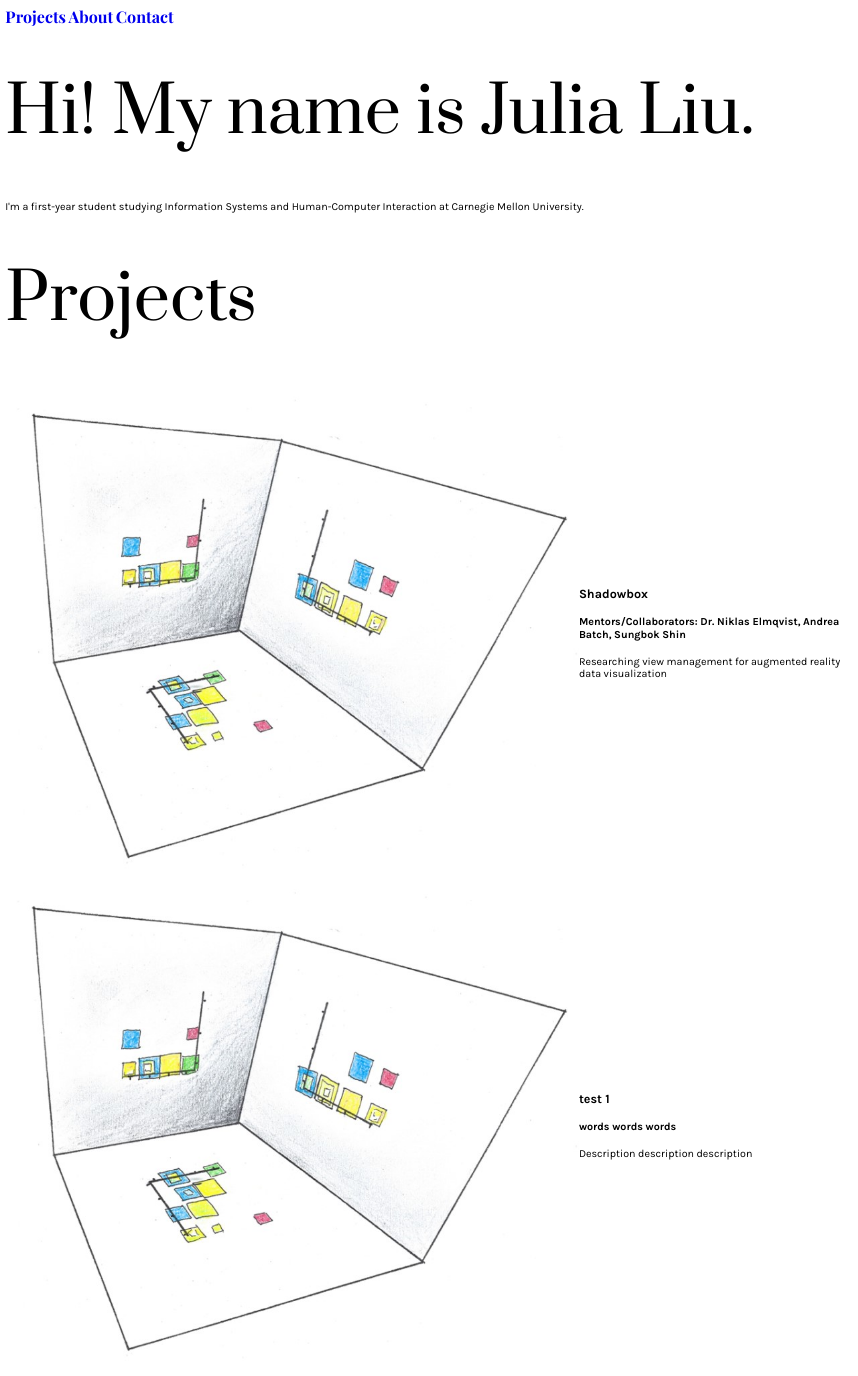
Repository: liu-julia/liu-julia.github.io
Page: index.html
These files come from the project's save history. The page is drawn as it stood at one moment and after the next save; the edit follows.
The browser window is 1280 px wide. The pictures show the whole page, at 67% of full size.

Above is the page before, as saved 2022-04-15 21:50:37.

After the next save:
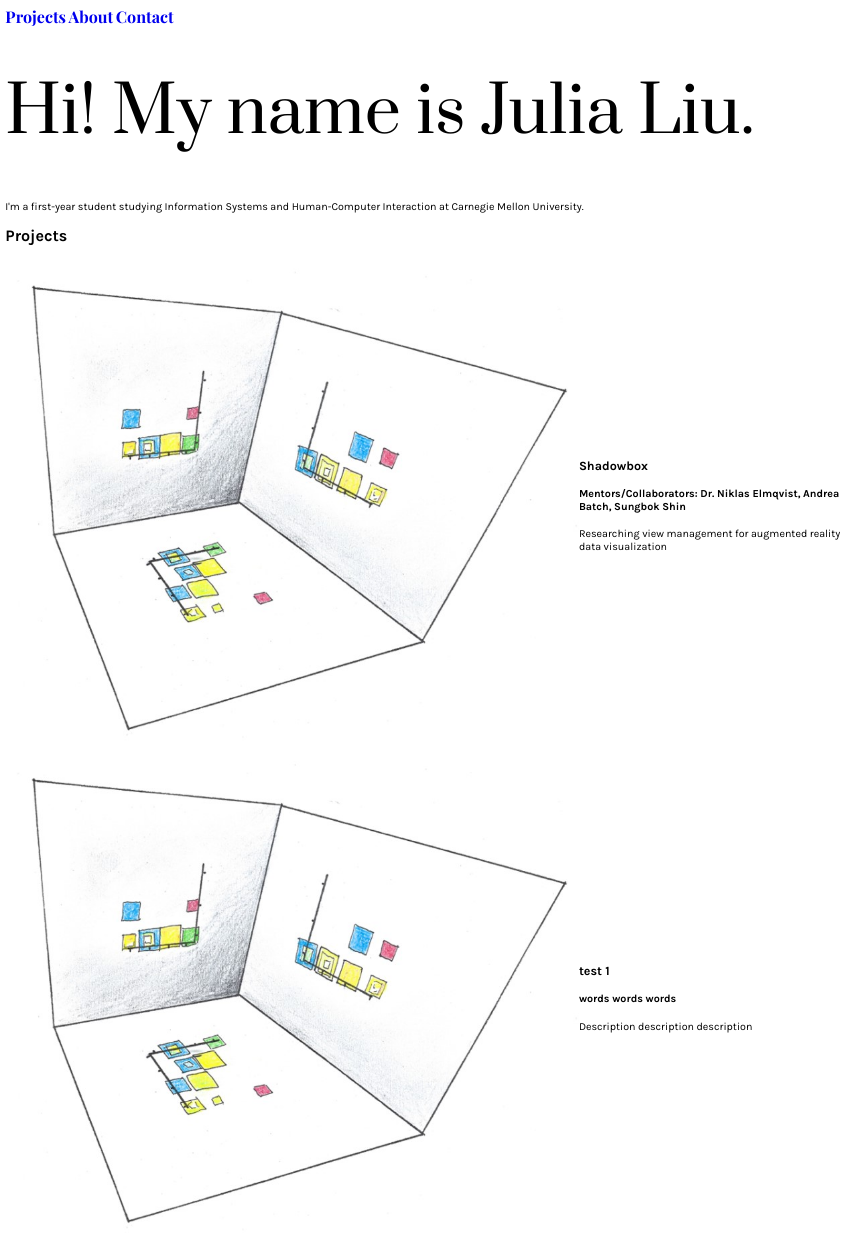
Saved 7 s later.
--- a/index.html
+++ b/index.html
@@ -19,7 +19,7 @@
     <div id="content">
         <h1>Hi! My name is Julia Liu.</h1>
         <p id="head_desc">I'm a first-year student studying Information Systems and Human-Computer Interaction at Carnegie Mellon University.</p>
-        <h1>Projects</h1>
+        <h2>Projects</h2>
         <div class="project">
             <img src="images/shadowbox.jpg" alt="Shadowbox">
             <div class="project-text">
